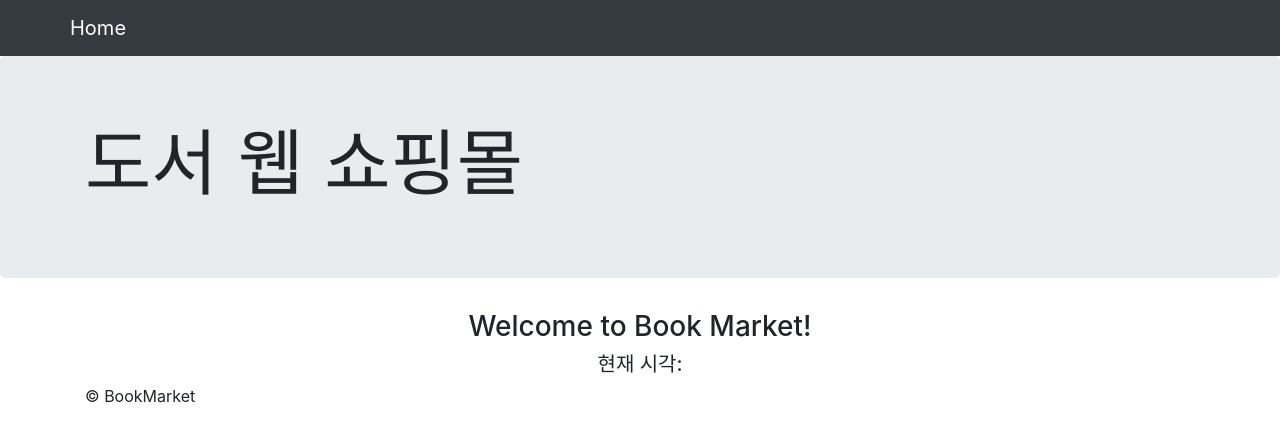
Repository: CheolHo-0428/JSP-Web-Programming
Page: http://localhost/BookMarket/welcome.jsp
The author's editor kept a copy of each file at every save. The page is drawn from the files as they stood at one save, then again after the next save.
The browser window is 1280 px wide. The pictures show the whole page.
The page is served by Tomcat 9. Other server files are loaded and not shown.

Above is the page before, as saved 2021-05-08 07:36:12.

### BookMarket/src/main/webapp/welcome.jsp
<%@ page language="java" contentType="text/html; charset=UTF-8"
    pageEncoding="UTF-8"%>
<!DOCTYPE html>
<html>
<head>
<meta charset="UTF-8">
<title>Welcome</title>
</head>
<body>
	<%
		String greeting = "도서 웹 쇼핑몰";
		String tagline = "Welcome to Book Market!";
	%>
	<!-- Bootstrap CSS -->
    <link href="https://maxcdn.bootstrapcdn.com/bootstrap/4.0.0/css/bootstrap.min.css"
    	rel="stylesheet">
<body>
	<%@ include file="menu.jsp" %>
	<div class = "jumbotron">
		<div class = "container">
			<h1 class = "display-3">
					<%= greeting %>
			</h1>
		</div>
	</div>
	<%@ include file="footer.jsp" %>
</body>
</html>

### BookMarket/src/main/webapp/menu.jsp
<%@ page language="java" contentType="text/html; charset=UTF-8"
    pageEncoding="UTF-8"%>
<!DOCTYPE html>
<html>
<head>
<meta charset="UTF-8">
<title>Insert title here</title>
</head>
<body>
	<nav class="navbar navbar-expand navbar-dark bg-dark">
		<div class="container">
			<div class = "navbar-header">
				<a class = "navbar-brand" href="./welcome.jsp">Home</a>
			</div>
		</div>
	</nav>
</body>
</html>

### BookMarket/src/main/webapp/footer.jsp
<%@ page language="java" contentType="text/html; charset=UTF-8"
    pageEncoding="UTF-8"%>
<%@ page import="java.util.Date" %>
<!DOCTYPE html>
<html>
<head>
<meta charset="UTF-8">
<title>Insert title here</title>
</head>
<body>
	<%
		Date day = new Date();
		String am_pm;
		int hour = day.getHours();
		int minute = day.getMinutes();
		int second = day.getSeconds();
	%>

	<div class = "container">
		<div class = "text-center">
			<h3><%= tagline %></h3>
			<h5>현재 시각:</h5>
		</div>
	</div>


	<footer class = "container">
		<p>&copy; BookMarket</p>
	</footer>
</body>
</html>

After the next save:
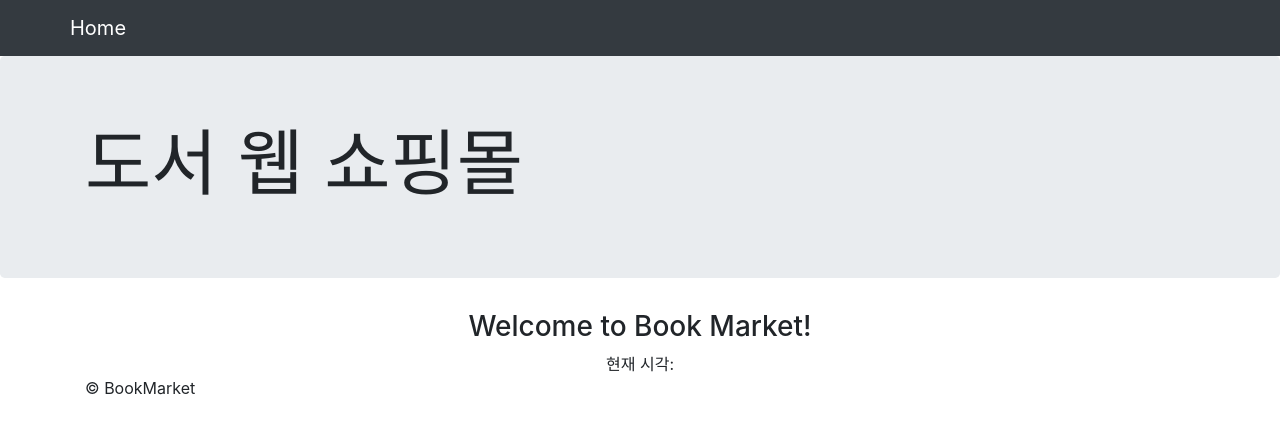
Saved 14 s later.
--- a/BookMarket/src/main/webapp/footer.jsp
+++ b/BookMarket/src/main/webapp/footer.jsp
@@ -19,7 +19,7 @@
 	<div class = "container">
 		<div class = "text-center">
 			<h3><%= tagline %></h3>
-			<h5>현재 시각:</h5>
+			<h7>현재 시각:</h7>
 		</div>
 	</div>
 
